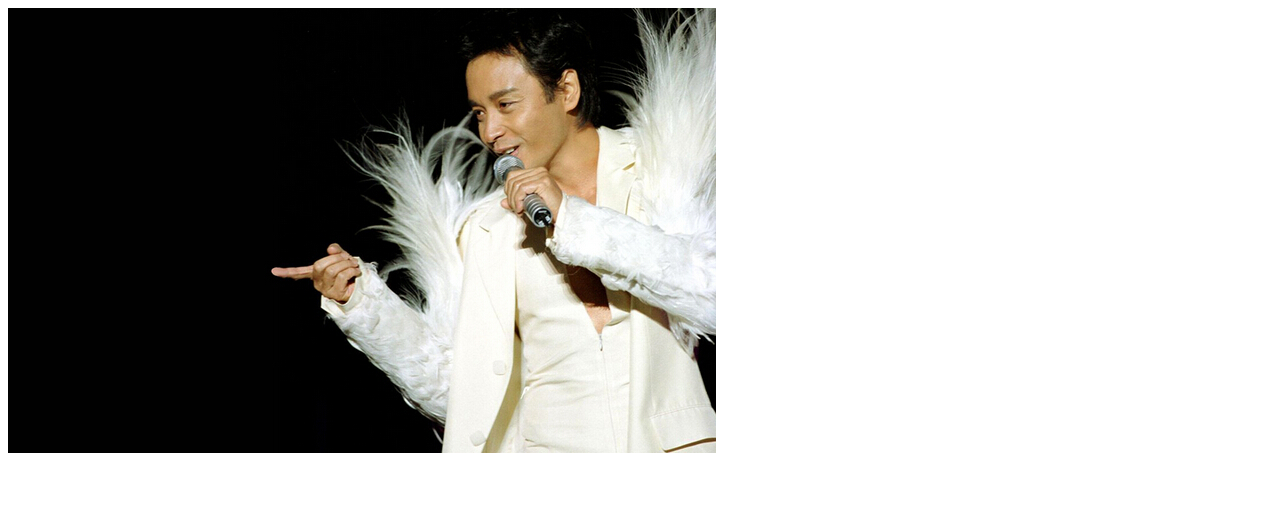
Repository: MasterKweng/workspace
Page: WebBasic/WebContent/Day02/新闻图片.html
These files come from the project's save history. The page is drawn as it stood at one moment and after the next save; the edit follows.
The browser window is 1280 px wide. The pictures show the whole page.

Above is the page before, as saved 2018-01-05 08:03:47.

### WebBasic/WebContent/Day02/新闻图片.html
<!doctype html>
<html>
	<head>
		<title>新闻图片</title>
		<meta charset="utf-8"/>
	</head>
	<body>
		<div>
			<img src="../img/leslie.jpg"/>
		</div>
	</body>
</html>

After the next save:
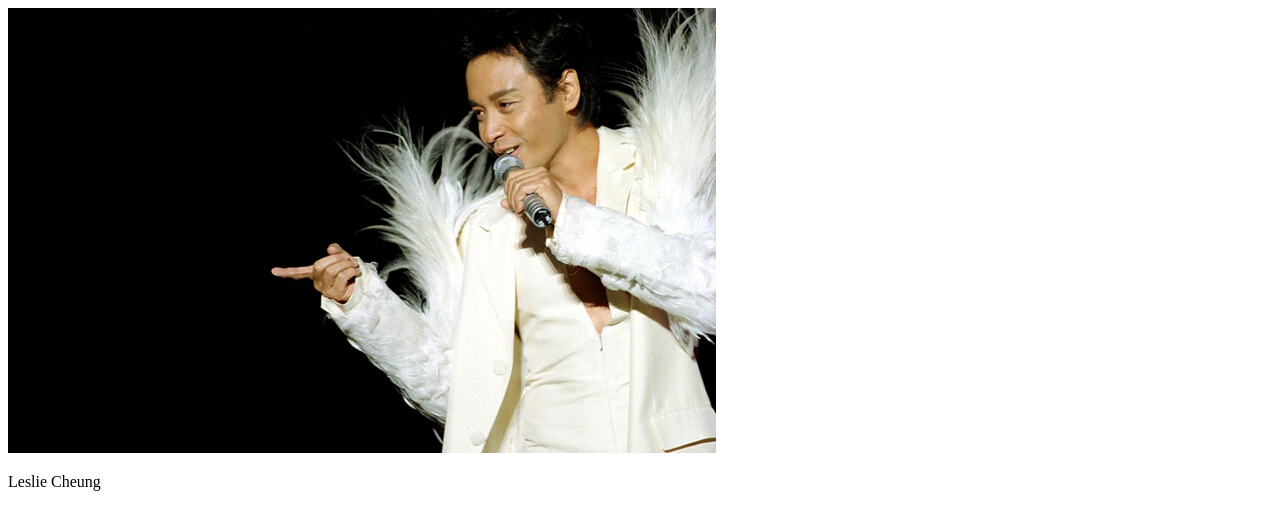
Saved 59 s later.
--- a/WebBasic/WebContent/Day02/新闻图片.html
+++ b/WebBasic/WebContent/Day02/新闻图片.html
@@ -7,6 +7,7 @@
 	<body>
 		<div>
 			<img src="../img/leslie.jpg"/>
+			<p>Leslie Cheung</p>
 		</div>
 	</body>
 </html>
